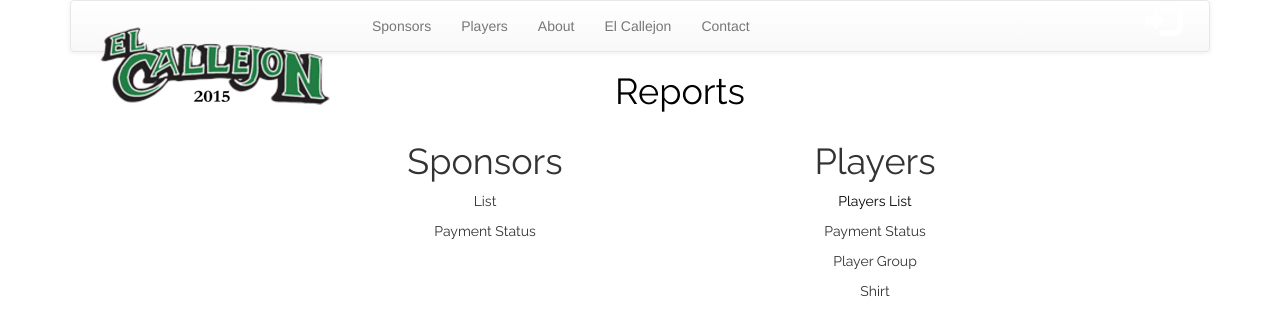
Repository: rojour/callejongolf
Page: register/templates/home/management.html
The author's editor kept a record of every edit. The page is drawn from the files as they stood at one moment, then again after the next edit.
The browser window is 1280 px wide. The pictures show the whole page.
Some web libraries are served in a nearby version. The template is drawn by Django 2.2. The application's start-up code is not run. The template is opened directly, without the code that normally fills it, so the values that code supplies are empty.

Above is the page before.
Console error: TypeError: Cannot set properties of null (setting 'innerHTML')

After the next edit:
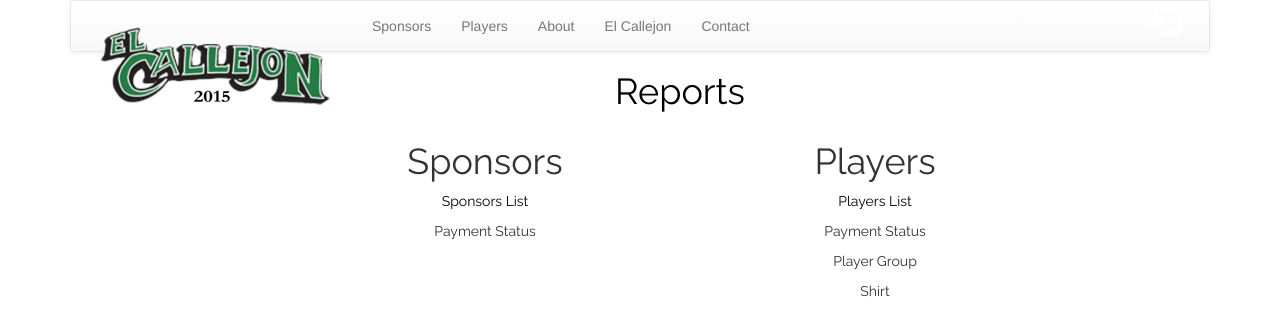
The edit:
--- a/register/templates/home/management.html
+++ b/register/templates/home/management.html
@@ -8,7 +8,7 @@
 <div class="row">
    <div class="col-md-4 col-md-offset-2">
       <h1>Sponsors</h1>
-      <p>List</p>
+      <p><a href="{% url 'register.views.sponsor_list' %}">Sponsors List</a></p>
       <p>Payment Status</p>
    </div>
    <div class="col-md-4">
